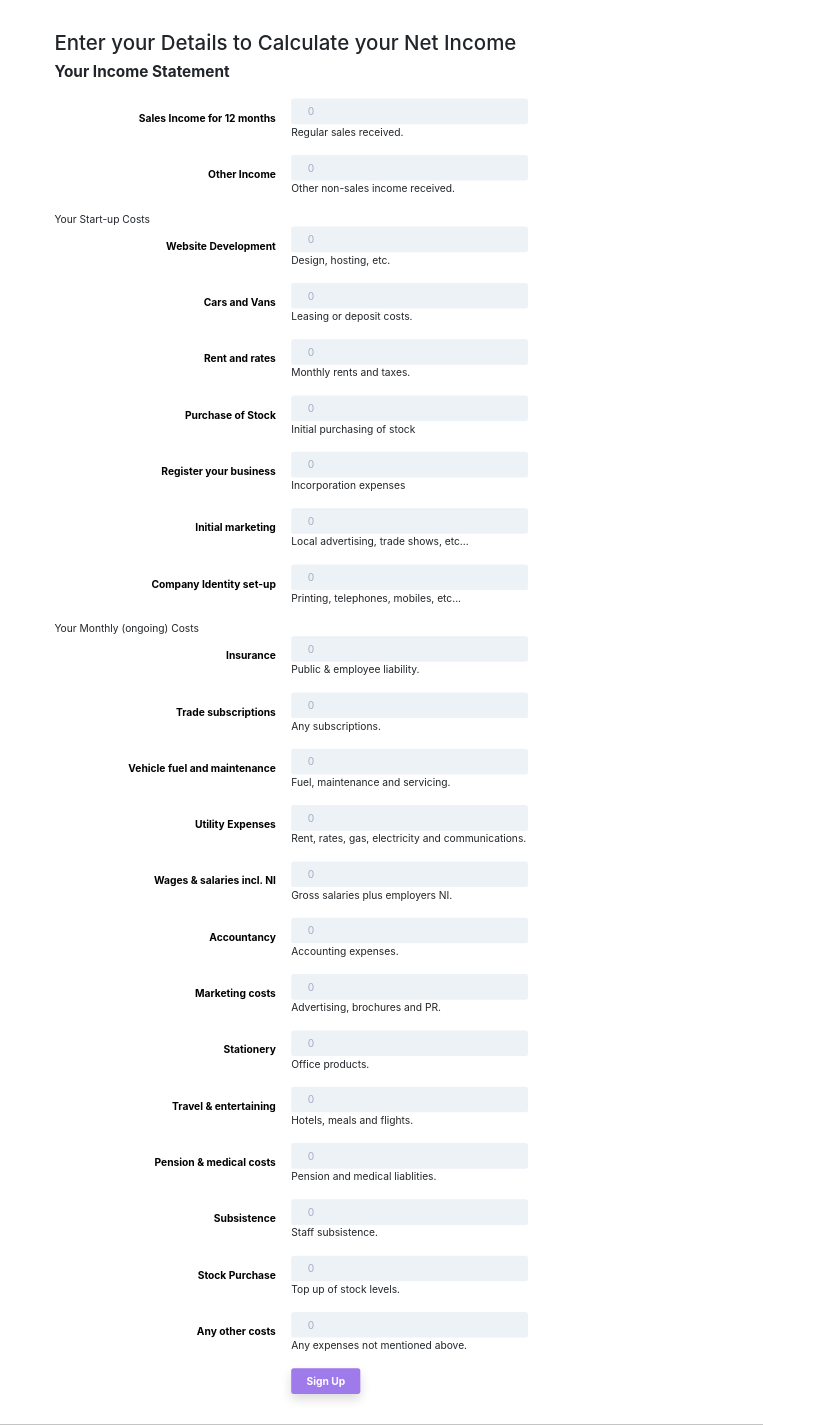
Repository: latenightsnacc/Financial-Forecast
Page: financial-forecast.html
These files come from the project's save history. The page is drawn as it stood at one moment and after the next save; the edit follows.
The browser window is 1280 px wide. The pictures show the whole page, at 64% of full size.

Above is the page before, as saved 2020-11-15 14:07:55.

After the next save:
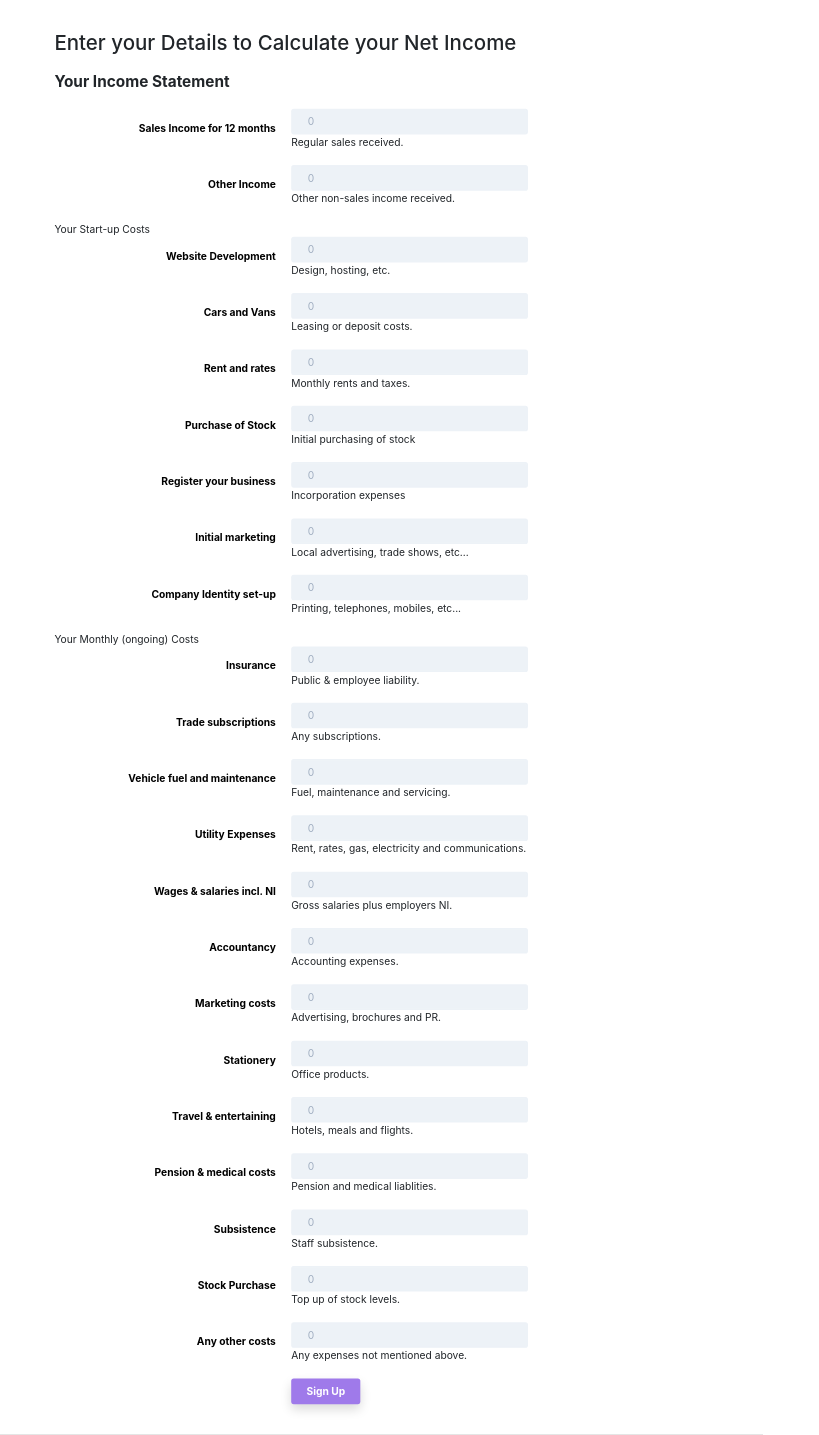
Saved 37 min 26 s later.
--- a/financial-forecast.html
+++ b/financial-forecast.html
@@ -24,7 +24,7 @@
             <!--FORM-->
             <form class="w-full max-w-none">
             <!--NET INCOME-->
-                <div class="font-bold text-2xl mb-6">Your Income Statement</div>
+                <div class="font-bold text-2xl mt-4 mb-6">Your Income Statement</div>
                 <!--Sales Income-->
                 <div class="md:flex md:items-center mb-6">
                   <div class="md:w-1/3">
